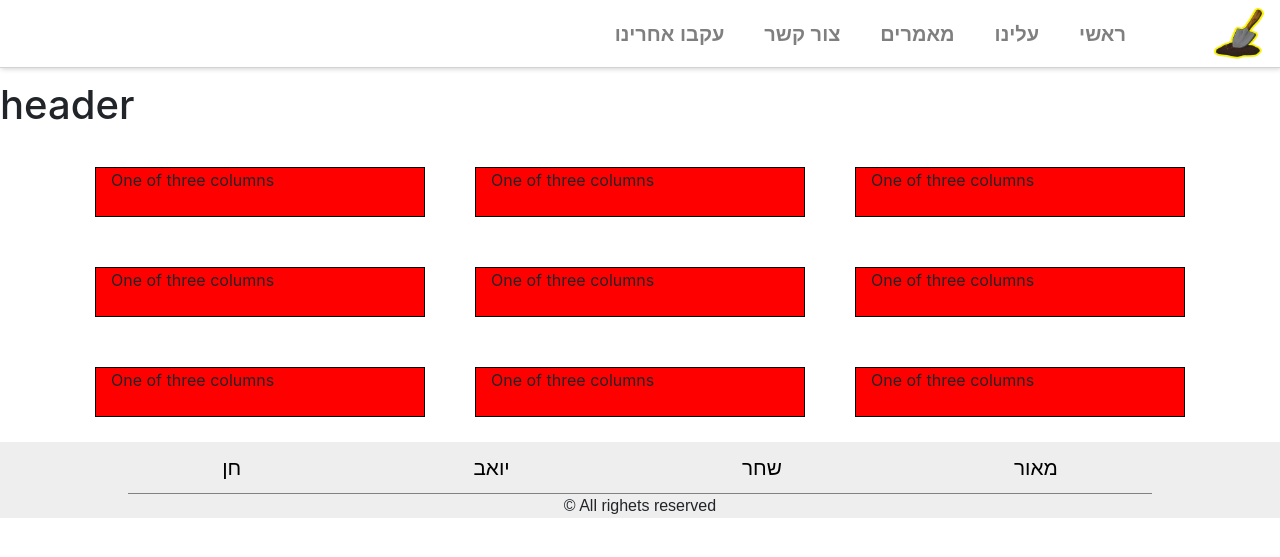
Repository: yoavBenZion/Blog-Zubi
Page: articlesPage.html
The author's editor kept a copy of each file at every save. The page is drawn from the files as they stood at one save, then again after the next save.
The browser window is 1280 px wide. The pictures show the whole page.
Some web fonts or font styles are not loaded; a fallback is used. Some web libraries are served in a nearby version.

Above is the page before, as saved 2017-10-26 11:36:55.

### articlesPage.html
<!DOCTYPE html>
<html lang="he">

<head>
    <meta charset="UTF-8">
    <meta name="viewport" content="width=device-width, initial-scale=1,user-scalable=no;">
    <title>החופרים</title>
    <link rel="stylesheet" href="https://maxcdn.bootstrapcdn.com/bootstrap/4.0.0-beta/css/bootstrap.min.css" integrity="sha384-/Y6pD6FV/Vv2HJnA6t+vslU6fwYXjCFtcEpHbNJ0lyAFsXTsjBbfaDjzALeQsN6M"
        crossorigin="anonymous">
    <link rel="stylesheet" href="https://maxcdn.bootstrapcdn.com/bootstrap/4.0.0-beta.2/css/bootstrap.min.css" integrity="sha384-PsH8R72JQ3SOdhVi3uxftmaW6Vc51MKb0q5P2rRUpPvrszuE4W1povHYgTpBfshb"
        crossorigin="anonymous">

    <script src="https://code.jquery.com/jquery-3.2.1.slim.min.js" integrity="sha384-KJ3o2DKtIkvYIK3UENzmM7KCkRr/rE9/Qpg6aAZGJwFDMVNA/GpGFF93hXpG5KkN"
        crossorigin="anonymous"></script>
    <script src="https://cdnjs.cloudflare.com/ajax/libs/popper.js/1.12.3/umd/popper.min.js" integrity="sha384-vFJXuSJphROIrBnz7yo7oB41mKfc8JzQZiCq4NCceLEaO4IHwicKwpJf9c9IpFgh"
        crossorigin="anonymous"></script>
    <script src="https://maxcdn.bootstrapcdn.com/bootstrap/4.0.0-beta.2/js/bootstrap.min.js" integrity="sha384-alpBpkh1PFOepccYVYDB4do5UnbKysX5WZXm3XxPqe5iKTfUKjNkCk9SaVuEZflJ"
        crossorigin="anonymous"></script>
    <link rel="stylesheet" href="css/Gridrispon.css" type="text/css">
    <link rel="stylesheet" href="css/header.css" type="text/css">
    <link rel="stylesheet" href="css/PopupRispon.css">
    <link rel="stylesheet" href="css/footer.css">
    <link rel="stylesheet" type="text/css" href="css/articlesPage.css">



</head>

<body dir="rtl">
    <header>

        <nav class="navbar navbar-expand-sm navbar-light bg-faded">
            <button class="navbar-toggler" type="button" data-toggle="collapse" data-target="#nav-content" aria-controls="nav-content"
                aria-expanded="false" aria-label="Toggle navigation">
                <span class="navbar-toggler-icon"></span>
            </button>
            <div class="logo">
                <img src="./img/shovel-575661_1280.png">
            </div>
            <!-- Brand -->
            <a class="navbar-brand" href="#"> </a>

            <!-- Links -->
            <div class="collapse navbar-collapse" id="nav-content">
                <ul class="navbar-nav">
                    <li class="nav-item">
                        <a class="nav-link" href="#1">ראשי</a>
                    </li>
                    <li class="nav-item">
                        <a class="nav-link" href="#2">עלינו</a>
                    </li>
                    <li class="nav-item">
                        <a class="nav-link" href="#5">מאמרים</a>
                    </li>
                    <li class="nav-item">
                        <a class="nav-link" href="contact.html">צור קשר</a>
                    </li>
                    <li class="nav-item">
                        <a class="nav-link" href="subscribe.html">עקבו אחרינו</a>
                    </li>

                </ul>

            </div>

        </nav>

    </header>


    <h1>header</h1>
    <div class="container">
        <div class="row">
            <div class="col">
                One of three columns
            </div>
            <div class="col">
                One of three columns
            </div>
            <div class="col">
                One of three columns
            </div>
        </div>
        <div class="row">
            <div class="col">
                One of three columns
            </div>
            <div class="col">
                One of three columns
            </div>
            <div class="col">
                One of three columns
            </div>
        </div>
        <div class="row">
            <div class="col">
                One of three columns
            </div>
            <div class="col">
                One of three columns
            </div>
            <div class="col">
                One of three columns
            </div>
        </div>
    </div>

    <footer id="footer">
        <ul>
            <li class="box">
                <a class="button" href="#popup3">
                    מאור
                </a>
            </li>
            <li class="box">
                <a class="button" href="#popup2">
                    שחר
                </a>
            </li>
            <li class="box">
                <a class="button" href="#popup1">
                    יואב
                </a>
            </li>
            <li>
                <a class="button" href="#popup4">
                    חן
                </a>
            </li>
        </ul>
        </div>
        <!--yoav popup-->
        <div id="popup1" class="overlay">
            <div class="popup">
                <h2>Yoav Benzion</h2>
                <a class="close" href="#footer">&times;</a>
                <div class="content">
                    <div class="footer-social-icons">
                        <img class="avatar" src="img/yoav.jfif">
                        <p>front end web developer</p>
                        <h4 class="_14">Follow me on:</h4>
                        <ul class="social-icons">
                            <li>
                                <a href="https://www.facebook.com/yoav.benzion.5" target="_blank" class="social-icon">
                                    <i class="fa fa-facebook"></i>
                                </a>
                            </li>
                            <li>
                                <a href="https://twitter.com/Yoav_BenZion" target="_blank" class="social-icon">
                                    <i class="fa fa-twitter"></i>
                                </a>
                            </li>
                            <li>
                                <a href="https://github.com/yoavBenZion" target="_blank" class="social-icon">
                                    <i class="fa fa-github"></i>
                                </a>
                            </li>
                            <li>
                                <a href="https://codepen.io/yoavBZ/" target="_blank" class="social-icon">
                                    <i class="fa fa-codepen"></i>
                                </a>
                            </li>
                            <li>
                                <a href="https://www.linkedin.com/in/yoav-benzion-45818360/" target="_blank" class="social-icon">
                                    <i class="fa fa-linkedin"></i>
                                </a>
                            </li>
                            <li>
                                <a href="https://stackoverflow.com/users/8386160/yoav-b" target="_blank" class="social-icon">
                                    <i class="fa fa-stack-overflow"></i>
                                </a>
                            </li>
                        </ul>
                    </div>
                </div>
            </div>
        </div>
        <!--Shachar popup-->
        <div id="popup2" class="overlay">
            <div class="popup">
                <h2>Shachar</h2>
                <a class="close" href="#footer">&times;</a>
                <div class="content">
                    <div class="footer-social-icons">
                        <img class="avatar" src="img/kid.jpg">
                        <p>front end web developer</p>
                        <h4 class="_14">Follow me on:</h4>
                        <ul class="social-icons">
                            <li>
                                <a href="" class="social-icon">
                                    <i class="fa fa-facebook"></i>
                                </a>
                            </li>
                            <li>
                                <a href="" class="social-icon">
                                    <i class="fa fa-twitter"></i>
                                </a>
                            </li>
                            <li>
                                <a href="" class="social-icon">
                                    <i class="fa fa-github"></i>
                                </a>
                            </li>
                            <li>
                                <a href="" class="social-icon">
                                    <i class="fa fa-codepen"></i>
                                </a>
                            </li>
                            <li>
                                <a href="" class="social-icon">
                                    <i class="fa fa-linkedin"></i>
                                </a>
                            </li>
                            <li>
                                <a href="" class="social-icon">
                                    <i class="fa fa-stack-overflow"></i>
                                </a>
                            </li>
                        </ul>
                    </div>
                </div>
            </div>
        </div>

        <!--Maor popup-->

        <div id="popup3" class="overlay">
            <div class="popup">
                <h2>Maor</h2>
                <a class="close" href="#footer">&times;</a>
                <div class="content">
                    <div class="footer-social-icons">
                        <img class="avatar" src="img/mona.jpg">
                        <p>front end web developer</p>
                        <h4 class="_14">Follow me on:</h4>
                        <ul class="social-icons">
                            <li>
                                <a href="" class="social-icon">
                                    <i class="fa fa-facebook"></i>
                                </a>
                            </li>
                            <li>
                                <a href="" class="social-icon">
                                    <i class="fa fa-twitter"></i>
                                </a>
                            </li>
                            <li>
                                <a href="" class="social-icon">
                                    <i class="fa fa-github"></i>
                                </a>
                            </li>
                            <li>
                                <a href="" class="social-icon">
                                    <i class="fa fa-codepen"></i>
                                </a>
                            </li>
                            <li>
                                <a href="" class="social-icon">
                                    <i class="fa fa-linkedin"></i>
                                </a>
                            </li>
                            <li>
                                <a href="" class="social-icon">
                                    <i class="fa fa-stack-overflow"></i>
                                </a>
                            </li>
                        </ul>
                    </div>
                </div>
            </div>
        </div>

        <!--Chen popup-->
        <div id="popup4" class="overlay">
            <div class="popup">
                <h2>Chen Ginsberg</h2>
                <a class="close" href="#footer">&times;</a>
                <div class="content">
                    <!--          <div class="footer-social-icons">-->
                    <img class="avatar" src="img/MINER.jpg">
                    <p>front end web developer</p>
                    <h4 class="_14">Follow me on:</h4>
                    <ul class="social-icons">
                        <li>
                            <a href="https://www.facebook.com/chenogi" class="social-icon">
                                <i class="fa fa-facebook"></i>
                            </a>
                        </li>
                        <li>
                            <a href="https://github.com/ChenGinsberg?" class="social-icon">
                                <i class="fa fa-github"></i>
                            </a>
                        </li>
                        <li>
                            <a href="https://www.linkedin.com/in/chen-ginsberg-8829a713b/" class="social-icon">
                                <i class="fa fa-linkedin"></i>
                            </a>
                        </li>
                        <li>
                            <a href="https://stackoverflow.com/users/8377318/chen-ginsberg" class="social-icon">
                                <i class="fa fa-stack-overflow"></i>
                            </a>
                        </li>
                    </ul>
                </div>
            </div>
        </div>



        <div class="footer-bottem" dir="ltr">&copy; All righets reserved </div>
    </footer>
    <script src="https://code.jquery.com/jquery-3.2.1.slim.min.js" integrity="sha384-KJ3o2DKtIkvYIK3UENzmM7KCkRr/rE9/Qpg6aAZGJwFDMVNA/GpGFF93hXpG5KkN"
        crossorigin="anonymous"></script>
    <script src="https://cdnjs.cloudflare.com/ajax/libs/popper.js/1.11.0/umd/popper.min.js" integrity="sha384-b/U6ypiBEHpOf/4+1nzFpr53nxSS+GLCkfwBdFNTxtclqqenISfwAzpKaMNFNmj4"
        crossorigin="anonymous"></script>
    <script src="https://maxcdn.bootstrapcdn.com/bootstrap/4.0.0-beta/js/bootstrap.min.js" integrity="sha384-h0AbiXch4ZDo7tp9hKZ4TsHbi047NrKGLO3SEJAg45jXxnGIfYzk4Si90RDIqNm1"
        crossorigin="anonymous"></script>
</body>

</html>

### css/footer.css
@import url(http://fonts.googleapis.com/earlyaccess/alefhebrew.css);
footer {
  background-color: #eee;
  text-align: center;
  font-family: "Alef Hebrew", sans-serif;
  font-size: 1.3rem;
}

footer ul {
  display: flex;
  flex-direction: row;
  padding-right: 0;
  justify-content: space-evenly;
}

footer ul>li {
  list-style: none;
  padding: 10px;
  /*  background-color: #29C3FF;*/
}

footer ul>li:nth-child(odd) {
  color: #93A2A8;
}

footer ul>li:nth-child(even) {
  color: #E2DDE7;
}

footer ul>li:hover {
  background-color: #fff;
  /*  flex: 1;*/
  /*  font-size: 1.5rem;*/
  color: #E2DD11;
  /*  background-repeat: no-repeat;*/
}


/*
footer ul {
  display: grid;
  grid-template-columns: repeat(4, 1fr);
  grid-auto-rows:minmax(50px, auto);
  margin-right: -40px;
 grid-gap: 0.5em;
}
*/

.about,
.footer-bottem {
  text-align: center;
  width: 80%;
  margin: 0 auto;
}

.about {
  border-bottom: 1px dotted black;
}

.footer-bottem {
  border-top: 0.5px solid grey;
  font-size: 1rem;
}

### css/articlesPage.css
/* Grid */

body {
    background-color: ;
}

.col {
    background-color: red;
    margin: 25px;
    height: 50px;
    border: 1px solid black;
}

Loaded but not shown: css/PopupRispon.css (986 lines, source omitted); css/Gridrispon.css (977 lines, source omitted); css/header.css (no stored copy; drawn as an empty file)

After the next save:
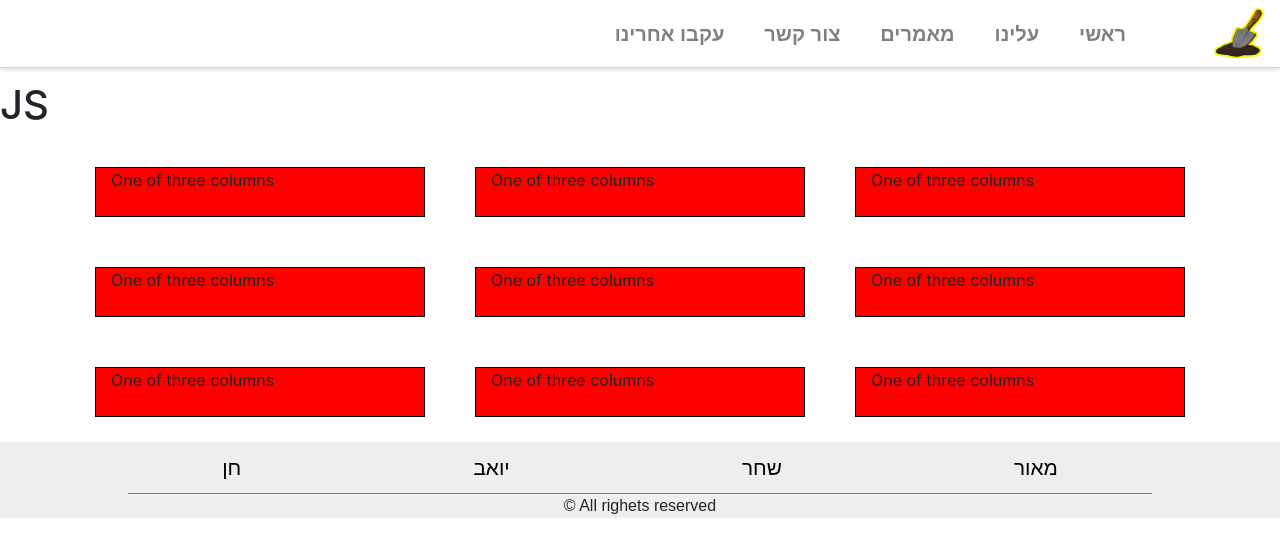
Saved 13 min 21 s later.
--- a/articlesPage.html
+++ b/articlesPage.html
@@ -68,7 +68,7 @@
     </header>
 
 
-    <h1>header</h1>
+    <h1>JS</h1>
     <div class="container">
         <div class="row">
             <div class="col">
